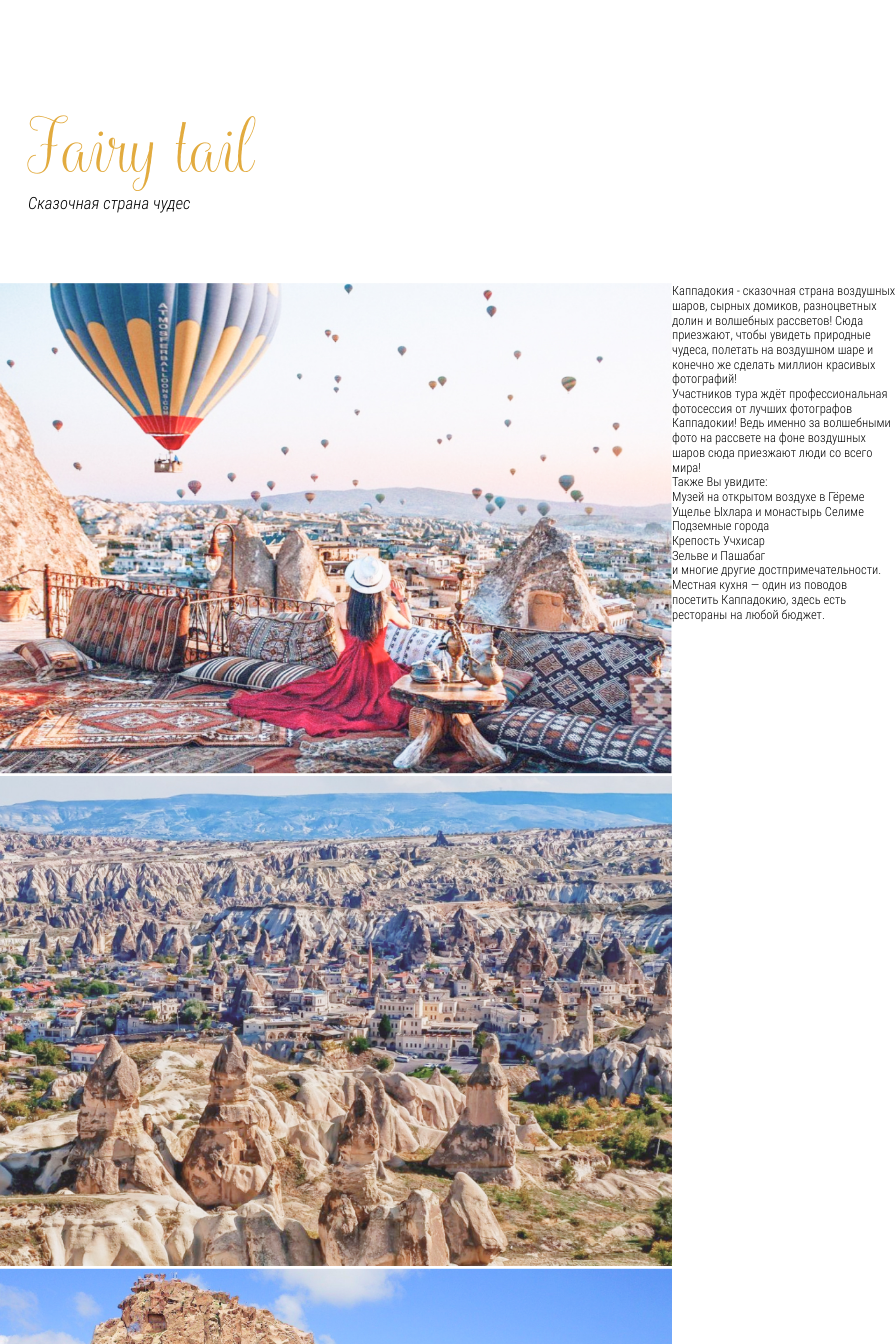
Repository: Lareeman/cappadocia
Page: index.html
An editor plug-in stored every save of this project. The page is shown before and after the next save, followed by the edit.
The browser window is 1280 px wide. The pictures show the part of the page from y = 772 to 2692 px (the page is 3488 px tall before and 3458 px after), at 70% of full size.

Above is the page before, as saved 2024-01-27 12:16:30.

After the next save:
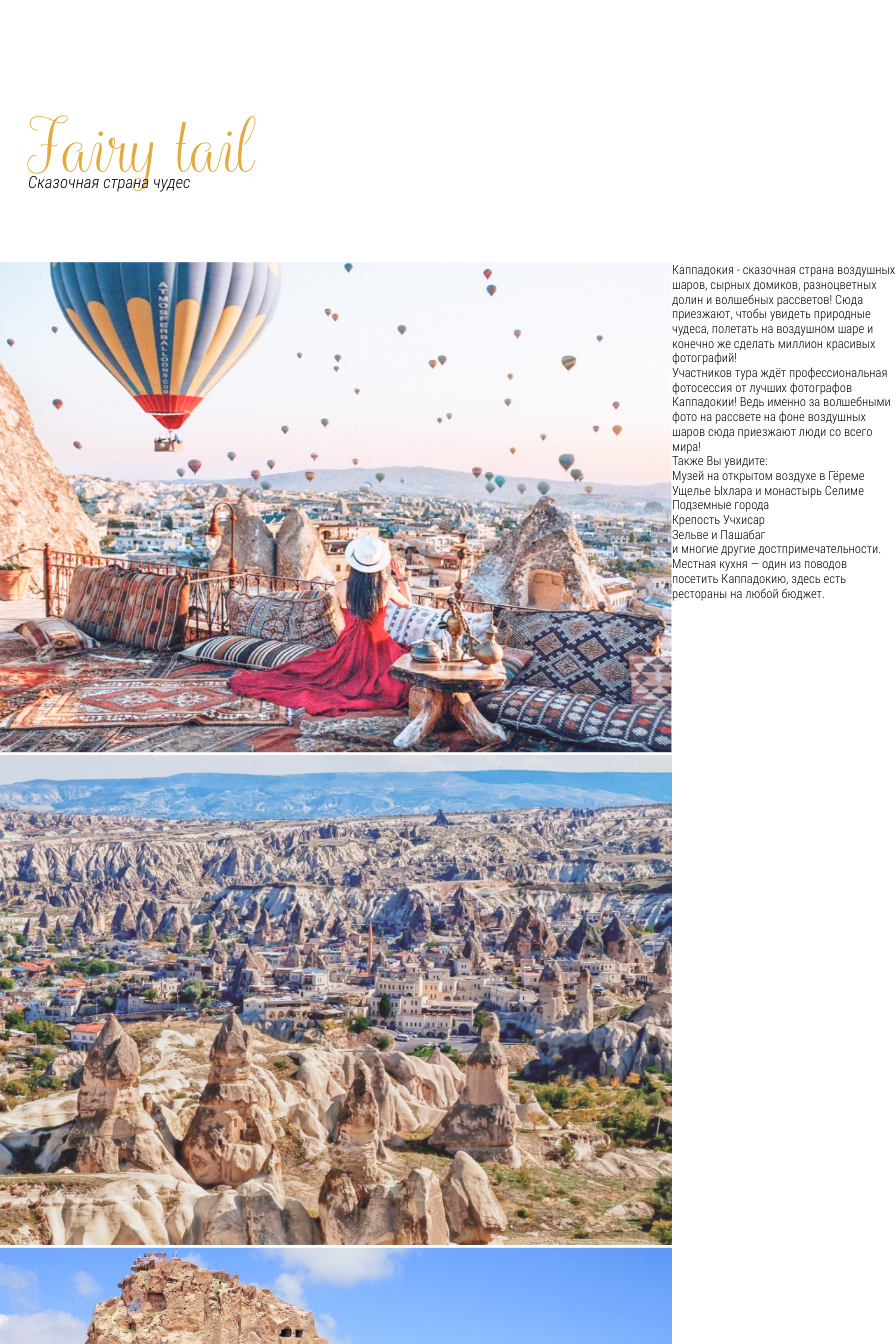
Saved 4 s later.
--- a/css/style.css
+++ b/css/style.css
@@ -108,6 +108,7 @@ body {
   color: var(--black);
   font-family: 'RobotoCondensed-LightItalic';
   display: block;
+  margin-top: -30px;
 
 }
 
